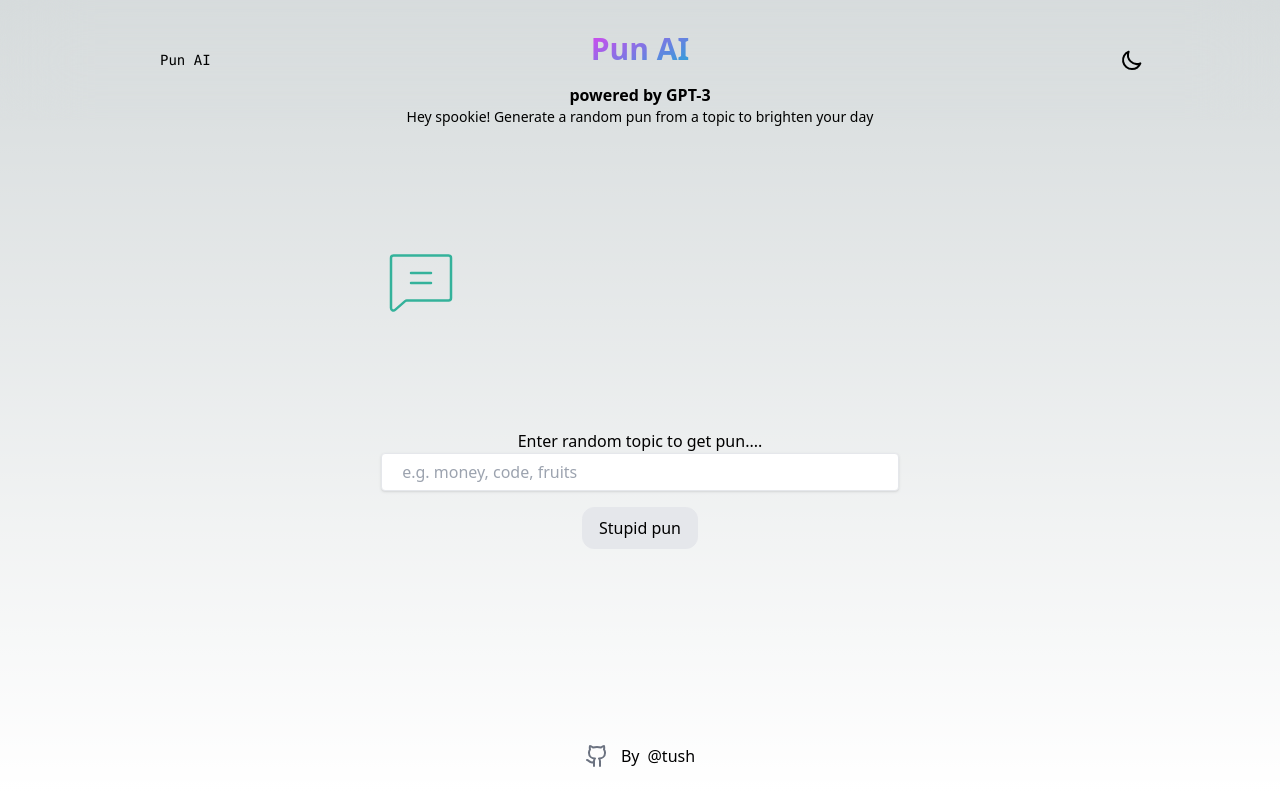
Repository: tushcmd/next-puns-ai
Page: /
The author's editor kept a copy of each file at every save. The page is drawn from the files as they stood at one save, then again after the next save.
The browser window is 1280 px wide. The pictures show the whole page.
The project was rebuilt for these pictures with package versions that can differ from the ones it lists, and the page was loaded fresh each time. The framework's server and built-in components were replaced by stand-ins that run in the browser. Also part of the build but not shown: next.config.mjs, app/components/Spinner.tsx.

Above is the page before, as saved 2024-03-08 01:31:48.

After the next save:
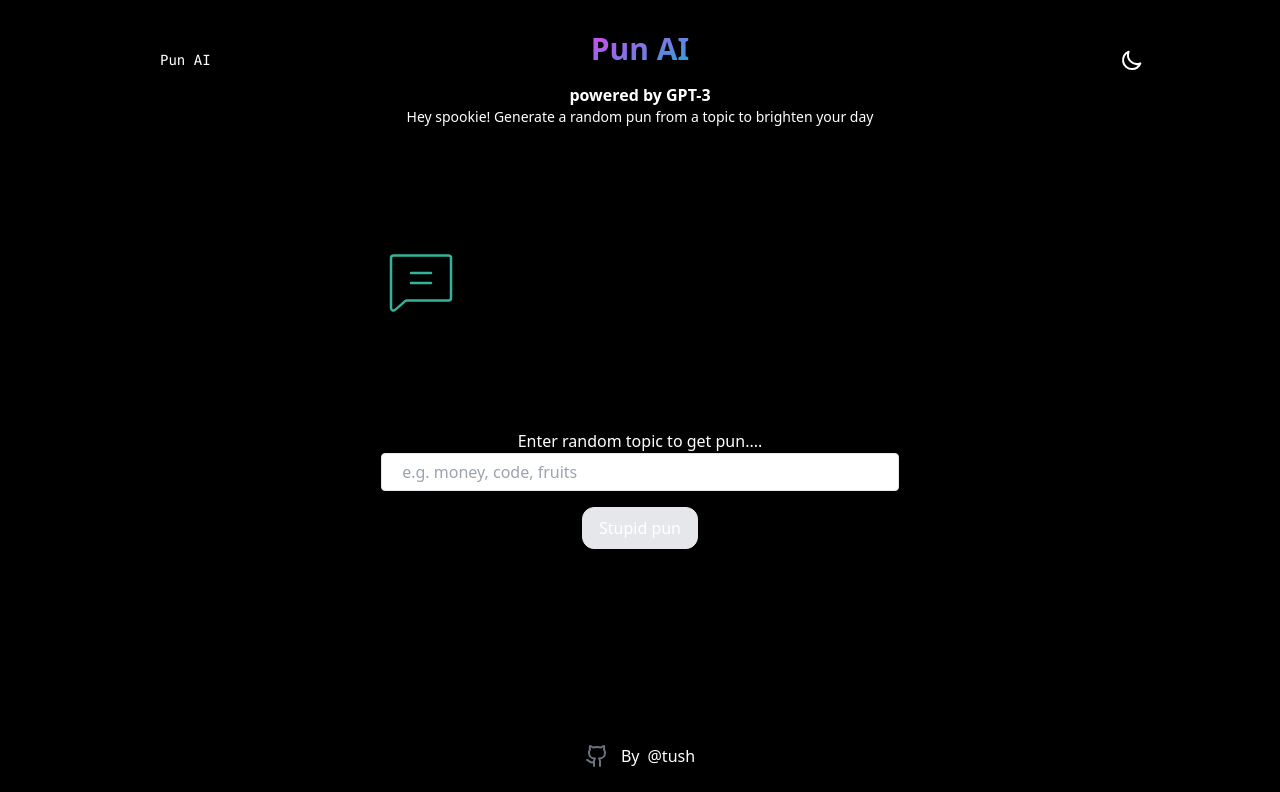
Saved 40 s later.
--- a/app/globals.css
+++ b/app/globals.css
@@ -5,16 +5,17 @@
 
 @layer base {
   :root {
+    --foreground-rgb: 255, 255, 255;
+    --background-start-rgb: 0, 0, 0;
+    --background-end-rgb: 0, 0, 0;
+  }
+
+  :dark {
     --foreground-rgb: 0, 0, 0;
     --background-start-rgb: 214, 219, 220;
     --background-end-rgb: 255, 255, 255;
   }
 
-  :dark {
-    --foreground-rgb: 255, 255, 255;
-    --background-start-rgb: 0, 0, 0;
-    --background-end-rgb: 0, 0, 0;
-  }
 
 }
 

After the 3 saves that followed:
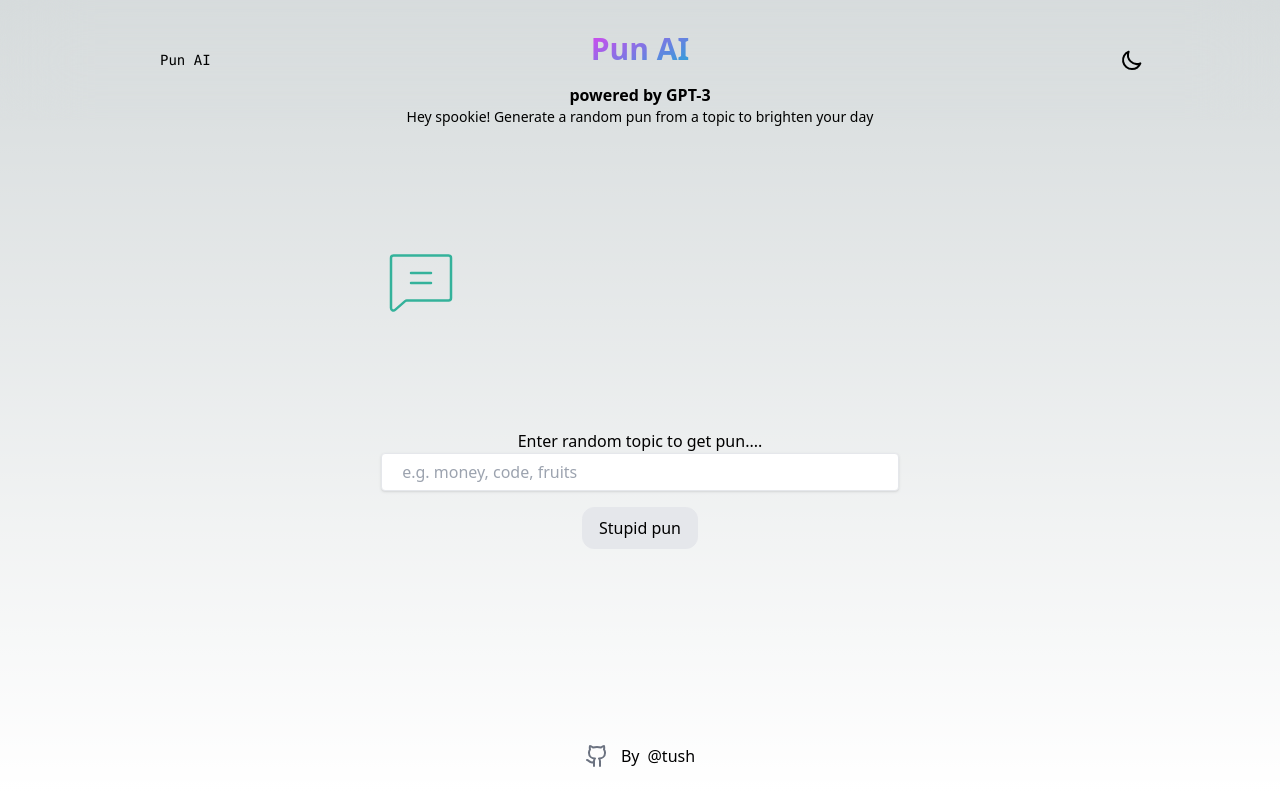
The 3 saves are shown as one change because 2 left the picture as it was.
The last was saved 5 min 3 s later.
--- a/app/layout.tsx
+++ b/app/layout.tsx
@@ -16,7 +16,7 @@
 }>) {
   return (
     <html lang="en">
-      <body className={`{inter.className} w-full overflo-y-visible overflow-x-hidden`}>{children}</body>
+      <body className={`{inter.className} w-full overflow-y-visible overflow-x-hidden`}>{children}</body>
     </html>
   );
 }
--- a/app/globals.css
+++ b/app/globals.css
@@ -5,15 +5,15 @@
 
 @layer base {
   :root {
+    --foreground-rgb: 0, 0, 0;
+    --background-start-rgb: 214, 219, 220;
+    --background-end-rgb: 255, 255, 255;
+  }
+
+  .dark {
     --foreground-rgb: 255, 255, 255;
     --background-start-rgb: 0, 0, 0;
     --background-end-rgb: 0, 0, 0;
-  }
-
-  :dark {
-    --foreground-rgb: 0, 0, 0;
-    --background-start-rgb: 214, 219, 220;
-    --background-end-rgb: 255, 255, 255;
   }
 
 
